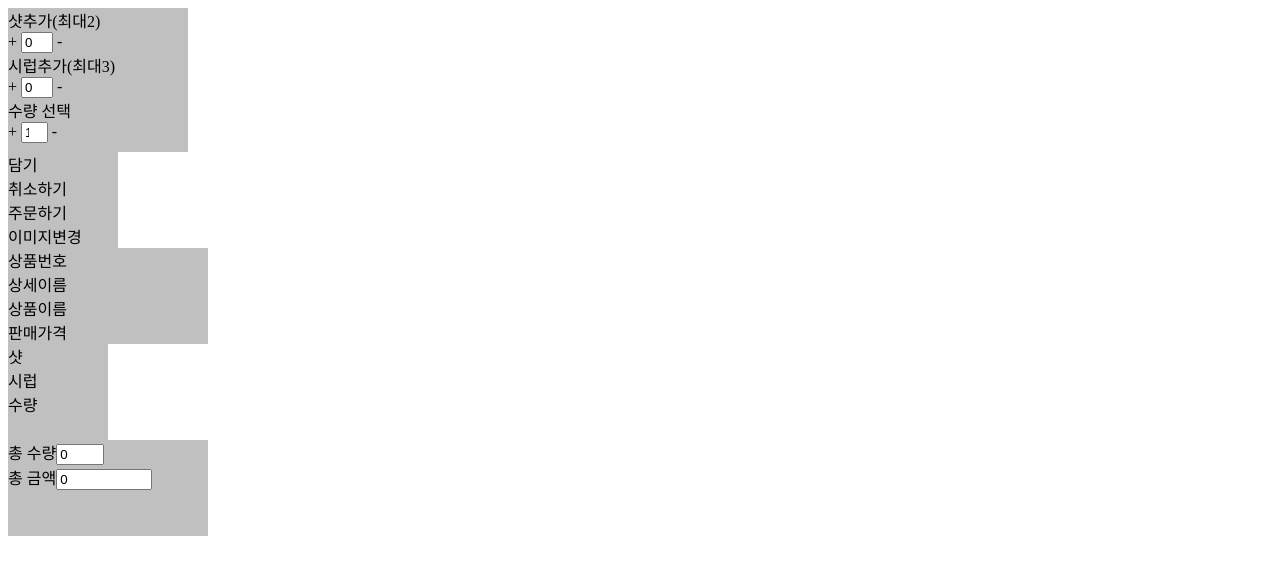
Repository: DevJoeYC/Metabukcs
Page: metabucks/WebContent/PROTO2/product/option.html
The author's editor kept a copy of each file at every save. The page is drawn from the files as they stood at one save, then again after the next save.
The browser window is 1280 px wide. The pictures show the whole page.

Above is the page before, as saved 2022-05-26 06:09:30.

### metabucks/WebContent/PROTO2/product/option.html
<div style="width: 180px; height:9rem; background-color:silver;" class="left">
샷추가(최대2)<br>
<span class="plus" onclick="setInputNumber(this,0,2)">+</span>
<input type="number" value="0" min="0" max="2" style="width:2rem;" class="option" id="opt1">
<span class="minus" onclick="setInputNumber(this,0,2)">-</span>
<br>시럽추가(최대3)<br>
<span class="plus" onclick="setInputNumber(this,0,3)">+</span>
<input type="number" value="0" min="0" max="3" style="width:2rem;" class="option" id="opt2">
<span class="minus" onclick="setInputNumber(this,0,3)">-</span>
<br>수량 선택<br>
<span class="plus" onclick="setInputNumber(this,1,10)">+</span>
<input type="number" value="1" min="0" style="width:2em;" class="option" id="opt3">
<span class="minus" onclick="setInputNumber(this,1,10)">-</span>
</div>

<div style="width: 110px; height:6rem; background-color:silver;" class="left">
<div class="btn" onclick="putItemIntoCart();clearOption();">담기</div>
<div class="btn" onclick="clearCart();">취소하기</div>
<div class="btn" onclick="order();">주문하기</div>
<div class="btn" onclick="UpdateIMG();">이미지변경</div>
</div>

<div style="width: 200px; height:6rem; background-color:silver;" class="left">
상품번호<span id="pro_no"></span><br>
상세이름<span id="pro_name"></span><br>
상품이름<span id="div_name"></span><br>
판매가격<span id="sel_price"></span><br>
</div>

<div style="width: 100px; height:6rem; background-color:silver;" class="left">
샷<span id="sel_opt1"></span><br>
시럽<span id="sel_opt2"></span><br>
수량<span id="sel_opt3"></span><br>
</div>

<div style="width: 200px; height:6rem; background-color:silver;" class="left">
<div class="cart" id="totalCount">총 수량<input type="number" value="0" id="count" style="width:3rem;" readonly></div>
<div class="cart" id="totalPrice">총 금액<input type="number" value="0" id="price" style="width:6rem;" readonly></div>
<div style="width:100px; height:1.5rem; background-color:silver;" id="order_no_list"></div>
</div>

After the next save:
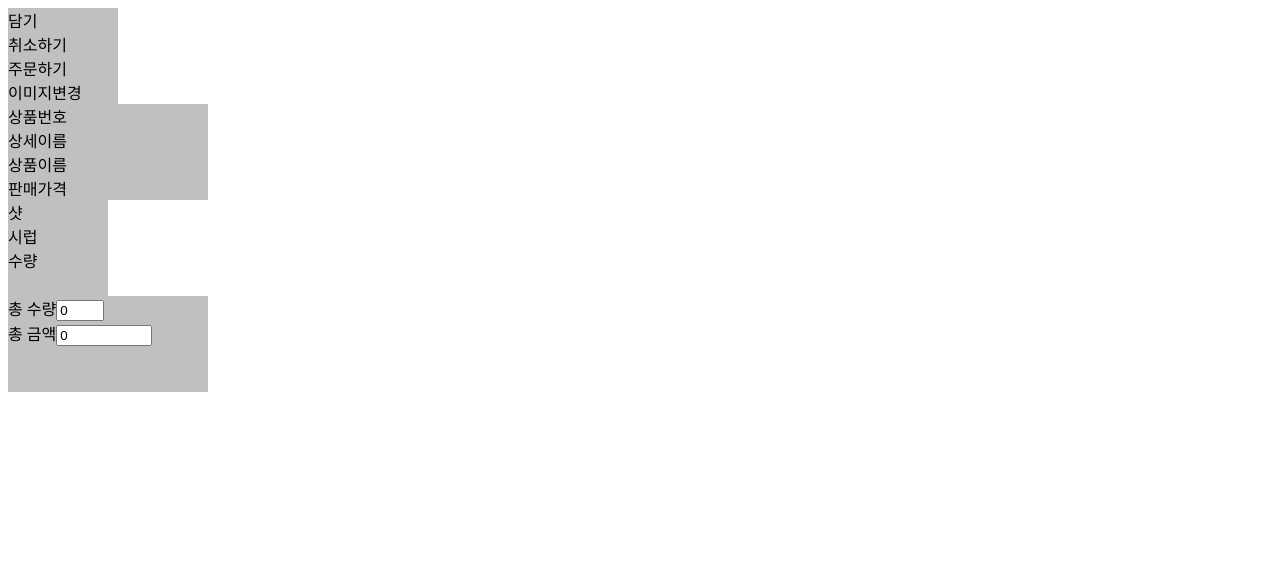
Saved 2 min 52 s later.
--- a/metabucks/WebContent/PROTO2/product/option.html
+++ b/metabucks/WebContent/PROTO2/product/option.html
@@ -1,18 +1,3 @@
-<div style="width: 180px; height:9rem; background-color:silver;" class="left">
-샷추가(최대2)<br>
-<span class="plus" onclick="setInputNumber(this,0,2)">+</span>
-<input type="number" value="0" min="0" max="2" style="width:2rem;" class="option" id="opt1">
-<span class="minus" onclick="setInputNumber(this,0,2)">-</span>
-<br>시럽추가(최대3)<br>
-<span class="plus" onclick="setInputNumber(this,0,3)">+</span>
-<input type="number" value="0" min="0" max="3" style="width:2rem;" class="option" id="opt2">
-<span class="minus" onclick="setInputNumber(this,0,3)">-</span>
-<br>수량 선택<br>
-<span class="plus" onclick="setInputNumber(this,1,10)">+</span>
-<input type="number" value="1" min="0" style="width:2em;" class="option" id="opt3">
-<span class="minus" onclick="setInputNumber(this,1,10)">-</span>
-</div>
-
 <div style="width: 110px; height:6rem; background-color:silver;" class="left">
 <div class="btn" onclick="putItemIntoCart();clearOption();">담기</div>
 <div class="btn" onclick="clearCart();">취소하기</div>
